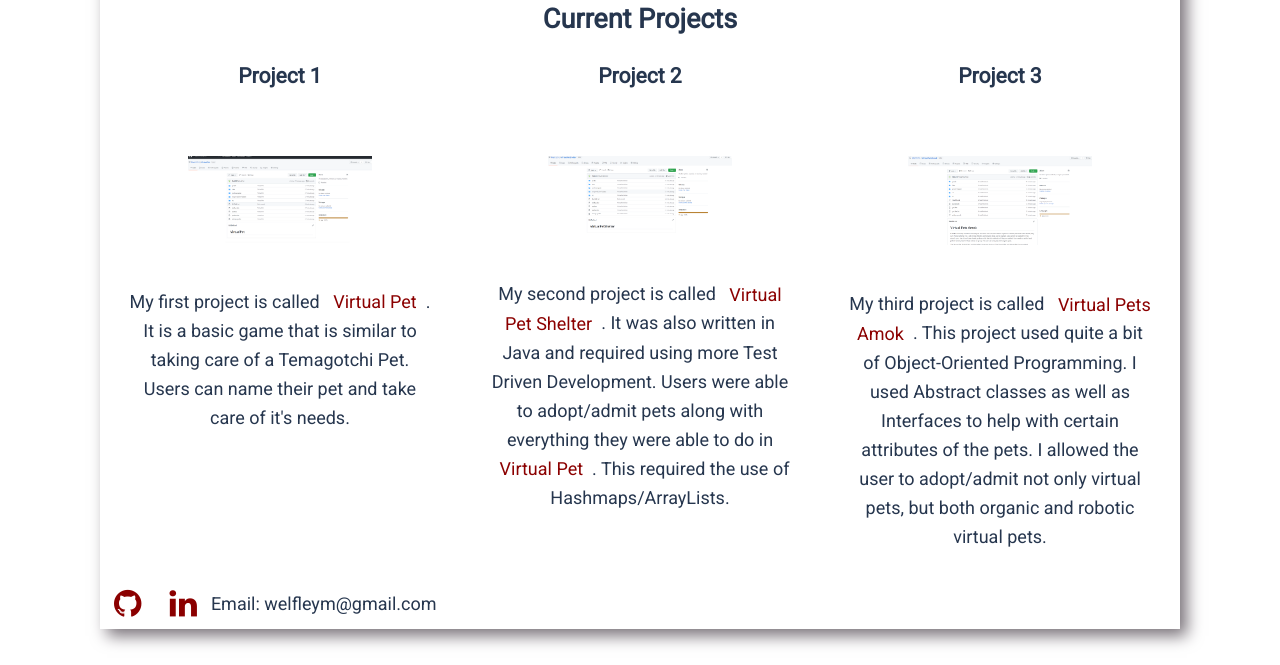
Repository: Matt1218/Matt1218.github.io
Page: index.html
An editor plug-in stored every save of this project. The page is shown before and after the next save, followed by the edit.
The browser window is 1280 px wide. The pictures show the part of the page from y = 565 to 1230 px (the page is 1230 px tall before and 1222 px after).
A picture or video elsewhere on the page could not be fetched, so the positions and the page height are approximate.

Above is the page before, as saved 2022-03-21 14:07:52.

After the next save:
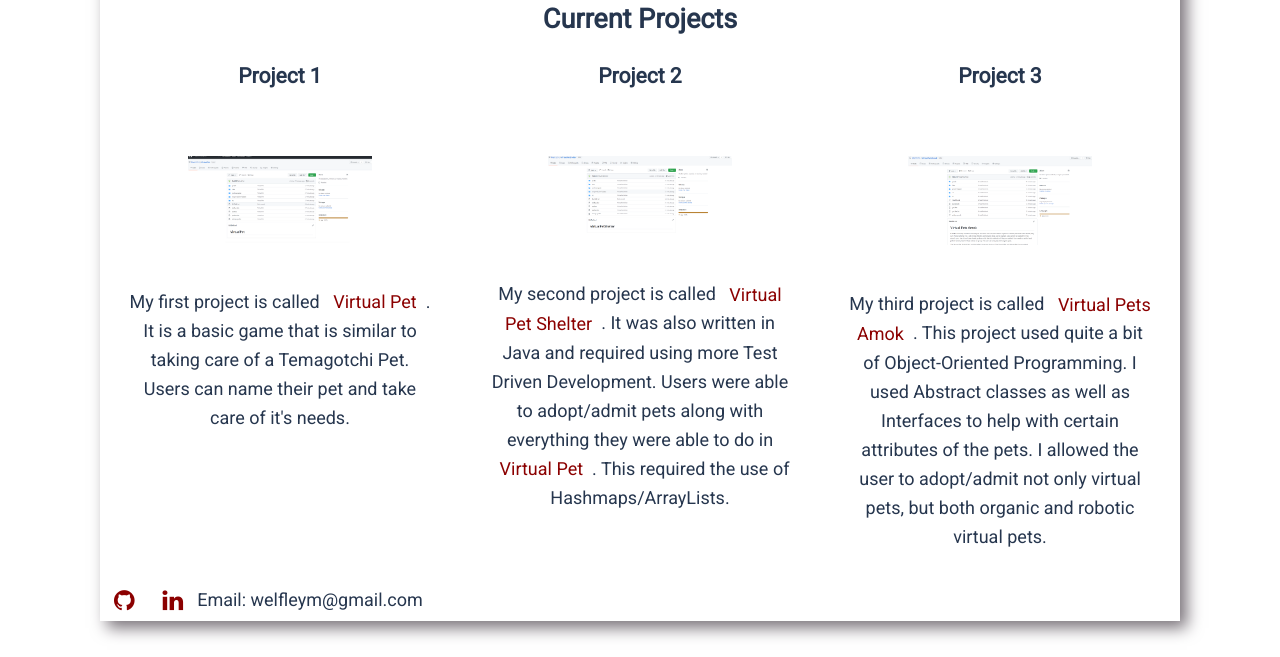
Saved 22 s later.
--- a/style.css
+++ b/style.css
@@ -110,6 +110,6 @@ a {
 }
 
 #footer a {
-    font-size: xx-large;
+    font-size: x-large;
     margin: 5px;
 }
